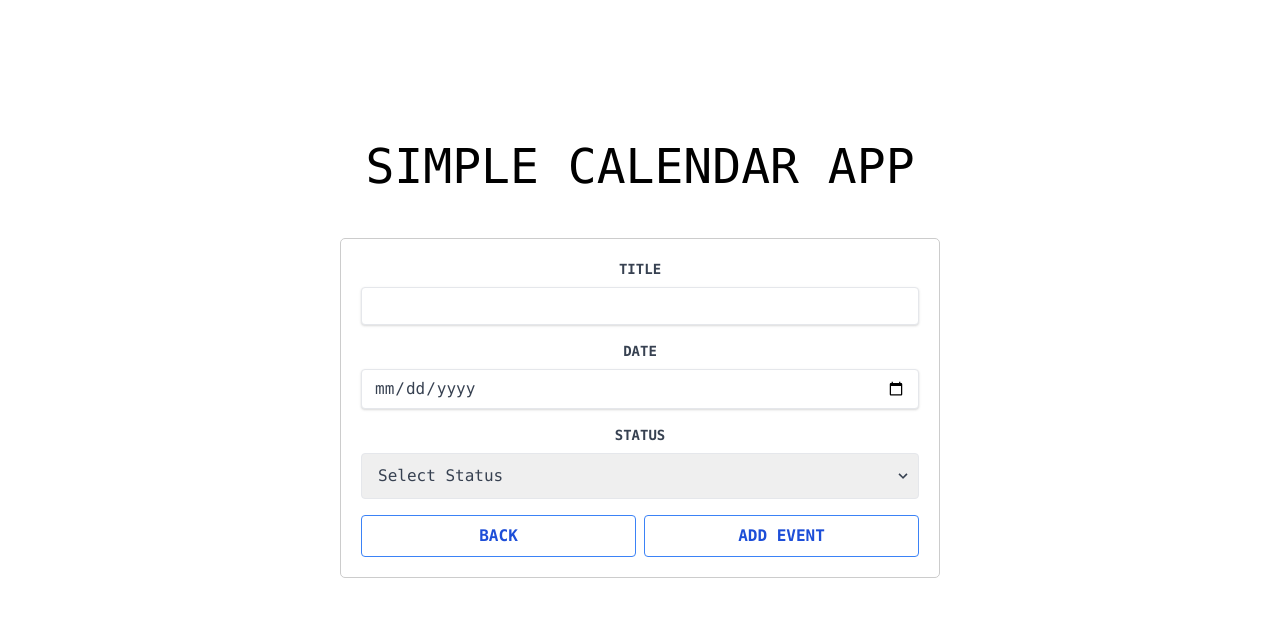
Repository: maikeru-desu/parking-lot
Page: /add (app in parking-lot-fe/)
An editor plug-in stored every save of this project. The page is shown before and after the next save, followed by the edit.
The browser window is 1280 px wide. The pictures show the whole page.
The project was rebuilt for these pictures with package versions that can differ from the ones it lists, and the page was loaded fresh each time. Also part of the build but not shown: parking-lot-fe/craco.config.js, parking-lot-fe/src/pages/Home.js, parking-lot-fe/src/pages/Edit.js.

Above is the page before, as saved 2021-10-19 12:15:39.

### parking-lot-fe/src/index.js
import React from 'react';
import ReactDOM from 'react-dom';
import './index.css';
import App from './App';
import {Provider} from "react-redux";
import {BrowserRouter} from "react-router-dom";
import reportWebVitals from './reportWebVitals';
import store from './redux/store';

ReactDOM.render(
    <React.StrictMode>
        <BrowserRouter>
            <Provider store={store}>
                <App />
            </Provider>
        </BrowserRouter>
    </React.StrictMode>,
    document.getElementById('root')
);

// If you want to start measuring performance in your app, pass a function
// to log results (for example: reportWebVitals(console.log))
// or send to an analytics endpoint. Learn more: https://bit.ly/CRA-vitals
reportWebVitals();

### parking-lot-fe/src/App.js
import './App.css';
import {Switch, Route} from "react-router-dom";
import Home from './pages/Home';
import Add from './pages/Add';
import Edit from './pages/Edit';

function App() {
  return (
    <div className="App font-mono">
          <h1 class="mb-12 text-5xl">SIMPLE CALENDAR APP</h1>
        <Switch>
            <Route exact path="/" component={Home} />
            <Route exact path="/add" component={Add} />
            <Route exact path="/edit/:id" component={Edit} />
        </Switch>
    </div>
  );
}

export default App;

### parking-lot-fe/src/redux/store.js
import {createStore, applyMiddleware} from "redux";
import logger from "redux-logger";
import reduxThunk from "redux-thunk";
import rootReducer from "./root-reducer";

const middlewares = [reduxThunk];

if (process.env.NODE_ENV === "development") {
    middlewares.push(logger)
}

const store = createStore(rootReducer, applyMiddleware(...middlewares));

export default store;

### parking-lot-fe/src/pages/Add.js
import React, {useState} from 'react'
import { useHistory } from 'react-router-dom';
import { useDispatch } from 'react-redux';
import { addEvent } from '../redux/actions';
import '../form.css';

const Add = () => {
    const [state, setState] = useState({
        title: "",
        date: "",
        status: ""
    });

    const [error, setError] = useState("");

    let history = useHistory();
    let dispatch = useDispatch();
    const {title, date, status} = state;

    const handleChange = (e) => {
        let {name, value} = e.target;
        setState({...state, [name]: value});
    }

    const handleSubmit = (e) => {
        e.preventDefault();
        if (!title || !date || !status) {
            setError("All fields are required");
        } else {
            if (window.confirm("Are you sure wanted to add the event?")) {
                dispatch(addEvent(state));
                history.push('/');
                setError("");
            }
        }
    }
    return (
        <div>
            <form method="POST" onSubmit={handleSubmit}>
                {error && <h3 className="text-red-700">{error}</h3>}
                <div className="mb-4">
                    <label className="block text-gray-700 text-sm font-bold mb-2" for="name">
                        TITLE
                    </label>
                    <input
                        name="title"
                        id="title"
                        value={title}
                        type={title}
                        onChange={handleChange}
                        className="shadow appearance-none border rounded w-full py-2 px-3 text-gray-700 leading-tight focus:outline-none focus:shadow-outline"
                    />
                </div>
                <div className="mb-4">
                    <label className="block text-gray-700 text-sm font-bold mb-2" for="name">
                        DATE
                    </label>
                    <input
                        type="date"
                        name="date"
                        id="date"
                        value={date}
                        onChange={handleChange}
                        className="shadow appearance-none border rounded w-full py-2 px-3 text-gray-700 leading-tight focus:outline-none focus:shadow-outline"
                    />
                </div>
                <div className="mb-4">
                    <label className="block text-gray-700 text-sm font-bold mb-2" for="name">
                        STATUS
                    </label>
                    <div className="relative">
                        <select
                            id="status"
                            name="status"
                            value={status}
                            onChange={handleChange}
                            className="block appearance-none w-full border border-gray-200 text-gray-700 py-3 px-4 pr-8 rounded leading-tight focus:outline-none focus:bg-white focus:border-gray-500">
                            <option>Select Status</option>
                            <option value="0">Pending</option>
                            <option value="2">Ongoing</option>
                            <option value="1">Done</option>
                        </select>
                        <div className="pointer-events-none absolute inset-y-0 right-0 flex items-center px-2 text-gray-700">
                            <svg className="fill-current h-4 w-4" xmlns="http://www.w3.org/2000/svg" viewBox="0 0 20 20">
                                <path d="M9.293 12.95l.707.707L15.657 8l-1.414-1.414L10 10.828 5.757 6.586 4.343 8z" />
                            </svg>
                        </div>
                    </div>
                </div>
                <div className="flex items-center justify-between">
                    <button
                        onClick={() => history.push("/")}
                        className="bg-transparent hover:bg-blue-500 text-blue-700 font-semibold hover:text-white py-2 px-3 border border-blue-500 hover:border-transparent rounded"
                        type="button">
                        BACK
                    </button>
                    <button
                        type="submit"
                        className="ml-2 bg-transparent hover:bg-blue-500 text-blue-700 font-semibold hover:text-white py-2 px-3 border border-blue-500 hover:border-transparent rounded">
                        ADD EVENT
                    </button>
                </div>
            </form>
        </div>
    )
}

export default Add

### parking-lot-fe/src/redux/root-reducer.js
import {combineReducers} from "redux";
import eventsReducers from "./reducer";

const rootReducer = combineReducers({
    events: eventsReducers
});

export default rootReducer;

### parking-lot-fe/src/redux/actions.js
import * as types from "./actionType";
import axios from "axios";

const getEvents = (events) => ({
    type: types.GET_EVENTS,
    payload: events
});

const eventDeleted = () => ({
    type: types.DELETE_EVENT
});

const eventAdded = () => ({
    type: types.ADD_EVENT
});

const eventFetched = (event) => ({
    type: types.GET_EVENT,
    payload: event,
});

const eventUpdated = () => ({
    type: types.UPDATE_EVENT
});

const filteredEvents = (events) => ({
    type: types.FILTER_EVENTS,
    payload: events
});

export const loadEvents = () => {
    return function (dispatch) {
        axios.get(`${process.env.REACT_APP_API}?_sort=date&_order=asc`).then((resp) => {
            // console.log("resp", resp);
            dispatch(getEvents(resp.data));
        })
        .catch((error) => console.log(error));
    };
};

export const deleteEvent = (id) => {
    return function (dispatch) {
        axios.delete(`${process.env.REACT_APP_API}/${id}`).then((resp) => {
            dispatch(eventDeleted());
            dispatch(loadEvents());
        })
        .catch((error) => console.log(error));
    };
};

export const addEvent = (user) => {
    return function (dispatch) {
        axios.post(`${process.env.REACT_APP_API}`, user).then((resp) => {
            dispatch(eventAdded());
            dispatch(loadEvents());
        })
        .catch((error) => console.log(error));
    };
};

export const getEvent = (id) => {
    return function (dispatch) {
        axios.get(`${process.env.REACT_APP_API}/${id}`).then((resp) => {
            dispatch(eventFetched(resp.data));
        })
        .catch((error) => console.log(error));
    };
};

export const updateEvent = (user, id) => {
    return function (dispatch) {
        axios.put(`${process.env.REACT_APP_API}/${id}`, user).then((resp) => {
            dispatch(eventUpdated());
        })
        .catch((error) => console.log(error));
    };
};

export const filterEvents = (params) => {
    return function (dispatch) {
        axios.get(`${process.env.REACT_APP_API}${params}`).then((resp) => {
            dispatch(filteredEvents(resp.data));
        })
        .catch((error) => console.log(error));
    };
};

### parking-lot-fe/src/form.css
html, body {
  height: 100%
}

body {
  display: flex;
  justify-content: center;
  align-items: center;
}

form {
  padding: 20px;
  border: 1px solid #ccc;
  border-radius: 5px;
  width: 100%;
}

button {
  width: 100%
}

#root {
    width: 100%;
    max-width: 600px;
}

tr {
    cursor: pointer;
}

### parking-lot-fe/src/redux/reducer.js
import * as types from "./actionType";

const initialState = {
    events: [],
    event: {},
    loading: true
}

const eventsReducers = (state = initialState, action) => {
    switch (action.type) {
        case types.GET_EVENTS:
        case types.FILTER_EVENTS:
            return {
                ...state,
                events: action.payload,
                loading: false,
            };
        case types.DELETE_EVENT:
        case types.ADD_EVENT:
        case types.UPDATE_EVENT:
            return {
                ...state,
                loading: false,
            }
        case types.GET_EVENT:
            return {
                ...state,
                event: action.payload,
                loading: false,
            };
        default:
            return state;
    }
}

export default eventsReducers;

### parking-lot-fe/src/redux/actionType.js
export const GET_EVENTS = "GET_EVENTS";
export const DELETE_EVENT = "DELETE_EVENT";
export const ADD_EVENT = "ADD_EVENT";
export const GET_EVENT = "GET_EVENT";
export const UPDATE_EVENT = "UPDATE_EVENT";
export const FILTER_EVENTS = "FILTER_EVENTS";

Loaded but not shown: parking-lot-fe/src/index.css (common file); parking-lot-fe/src/reportWebVitals.js (common file); parking-lot-fe/src/App.css (common file); parking-lot-fe/tailwind.config.js (common file)

After the next save:
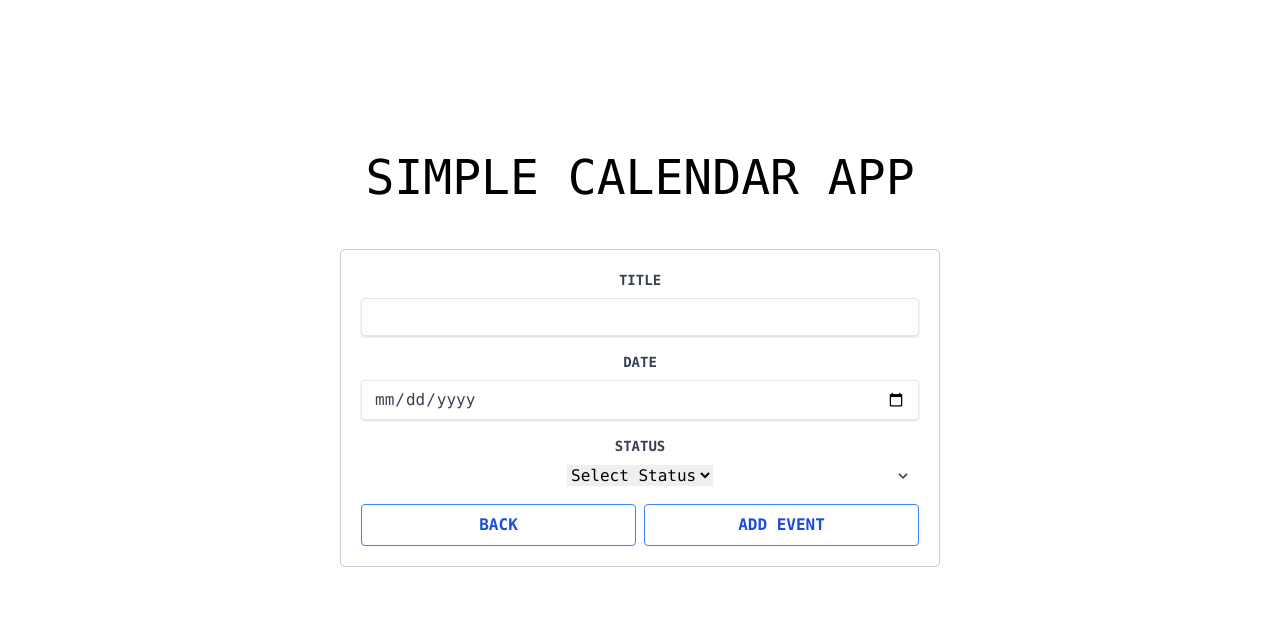
Saved 26 s later.
--- a/parking-lot-fe/src/pages/Add.js
+++ b/parking-lot-fe/src/pages/Add.js
@@ -74,7 +74,7 @@
                             name="status"
                             value={status}
                             onChange={handleChange}
-                            className="block appearance-none w-full border border-gray-200 text-gray-700 py-3 px-4 pr-8 rounded leading-tight focus:outline-none focus:bg-white focus:border-gray-500">
+                            className="">
                             <option>Select Status</option>
                             <option value="0">Pending</option>
                             <option value="2">Ongoing</option>

After the save that followed:
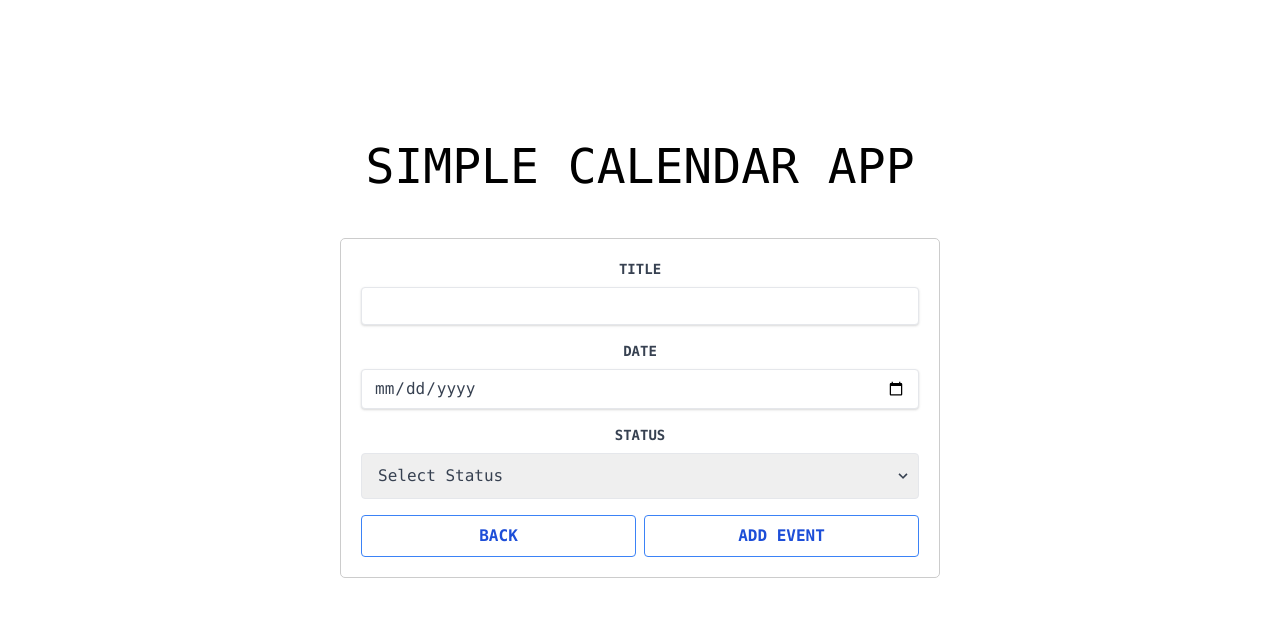
Saved 7 s later.
--- a/parking-lot-fe/src/pages/Add.js
+++ b/parking-lot-fe/src/pages/Add.js
@@ -74,7 +74,7 @@
                             name="status"
                             value={status}
                             onChange={handleChange}
-                            className="">
+                            className="block appearance-none w-full border border-gray-200 text-gray-700 py-3 px-4 pr-8 rounded leading-tight focus:outline-none focus:bg-white focus:border-gray-500">
                             <option>Select Status</option>
                             <option value="0">Pending</option>
                             <option value="2">Ongoing</option>
